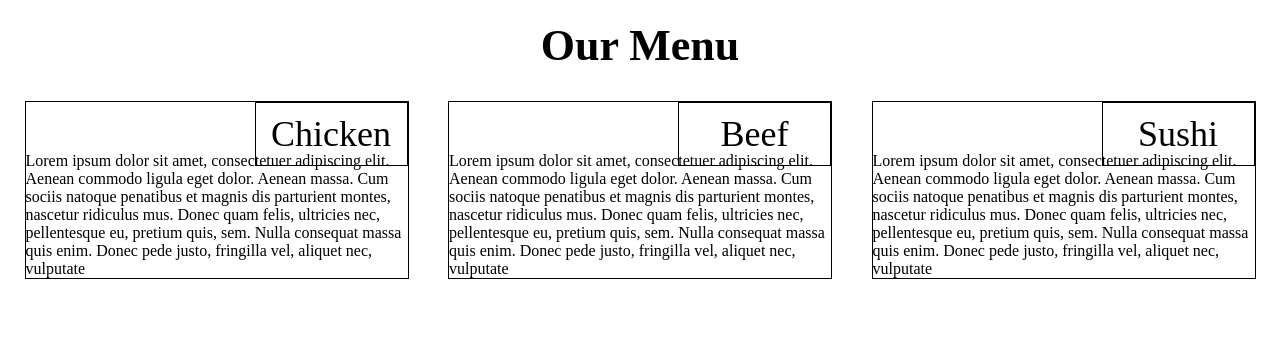
Repository: Normandy72/module2-solution
Page: index.html
The author's editor kept a copy of each file at every save. The page is drawn from the files as they stood at one save, then again after the next save.
The browser window is 1280 px wide. The pictures show the whole page.
Some web fonts or font styles are not loaded; a fallback is used.

Above is the page before, as saved 2022-12-05 15:08:37.

After the next save:
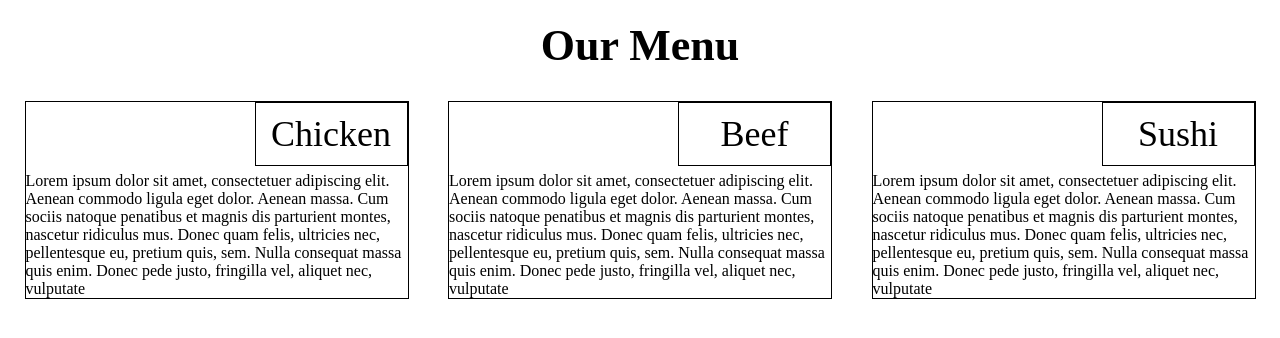
Saved 7 s later.
--- a/styles/style.css
+++ b/styles/style.css
@@ -40,5 +40,5 @@ h1{
 
 .card__text{
     font-size: 1.6rem;
-    padding-top: 50px;
+    padding-top: 70px;
 }
